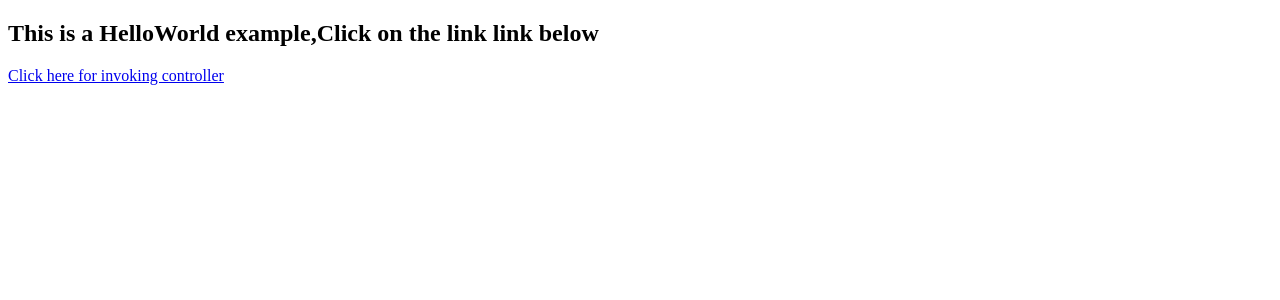
Repository: Sreenidhi5/visatraining
Page: springwebapp/src/main/webapp/hellopage.html
The author's editor kept a copy of each file at every save. The page is drawn from the files as they stood at one save, then again after the next save.
The browser window is 1280 px wide. The pictures show the whole page.

Above is the page before, as saved 2019-07-22 08:53:24.

After the next save:
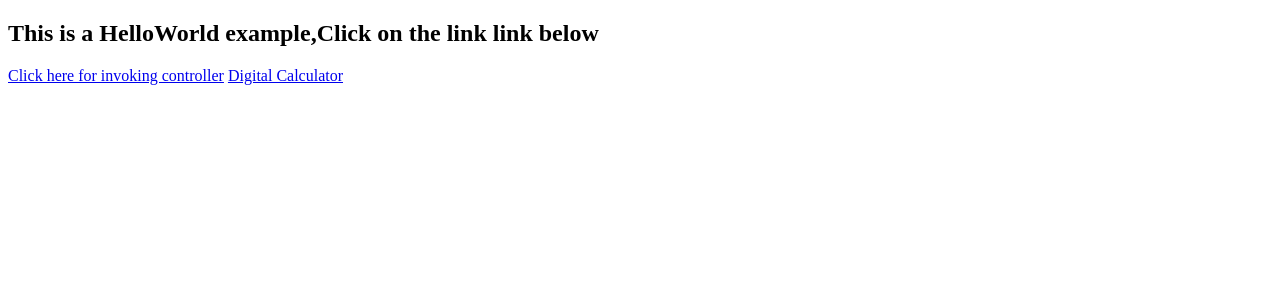
Saved 7 min 14 s later.
--- a/springwebapp/src/main/webapp/hellopage.html
+++ b/springwebapp/src/main/webapp/hellopage.html
@@ -7,5 +7,8 @@
 <body>
 <h2>This is a HelloWorld example,Click on the link link below</h2>
 <a href = "hello?name=SpringMvc"> Click here for invoking controller</a>
+
+<a href ="calculator">Digital Calculator</a>
+
 </body>
 </html>
